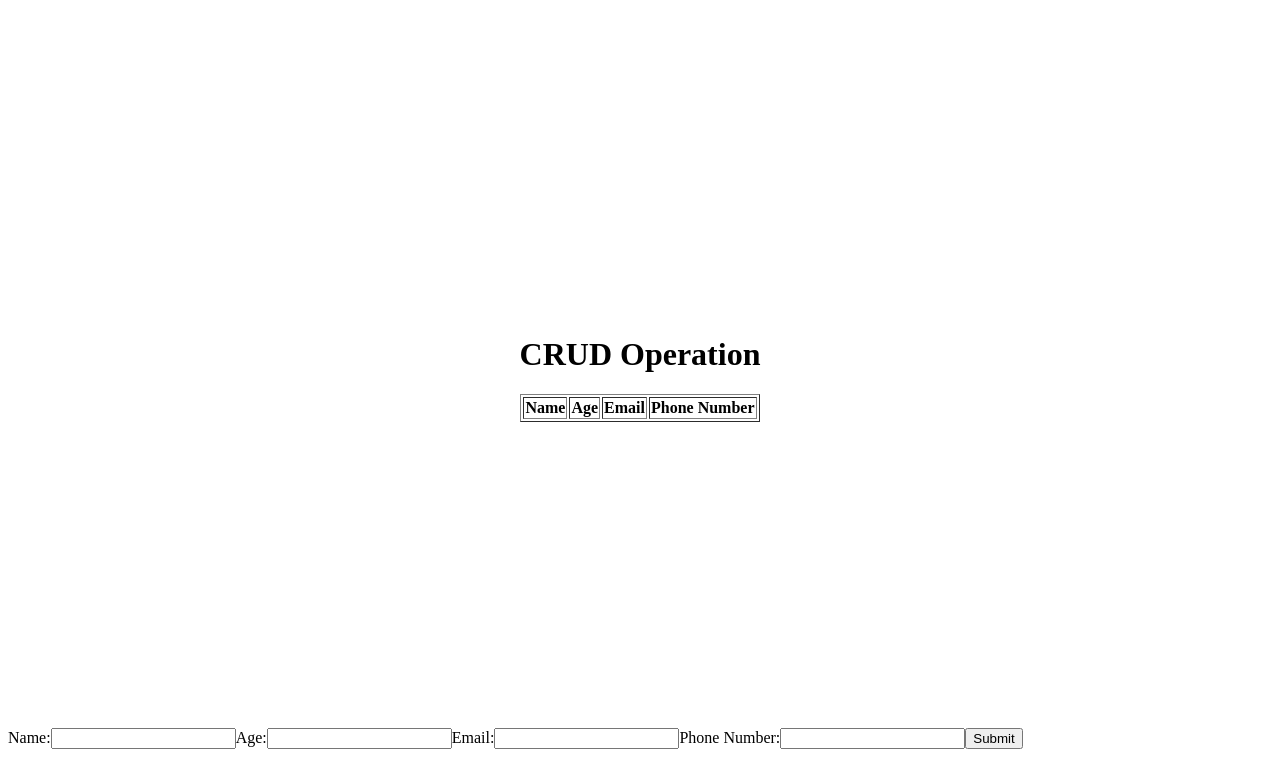
Repository: Josephkennedy603/CRUD-Operation
Page: /
An editor plug-in stored every save of this project. The page is shown before and after the next save, followed by the edit.
The browser window is 1280 px wide. The pictures show the whole page.
The page's requests for data from a server got no answer. The project was rebuilt for these pictures with package versions that can differ from the ones it lists, and the page was loaded fresh each time. No one was signed in, and anything a server would have sent is missing. Also part of the build but not shown: src/index.css.

Above is the page before, as saved 2024-03-06 20:52:54.

After the next save:
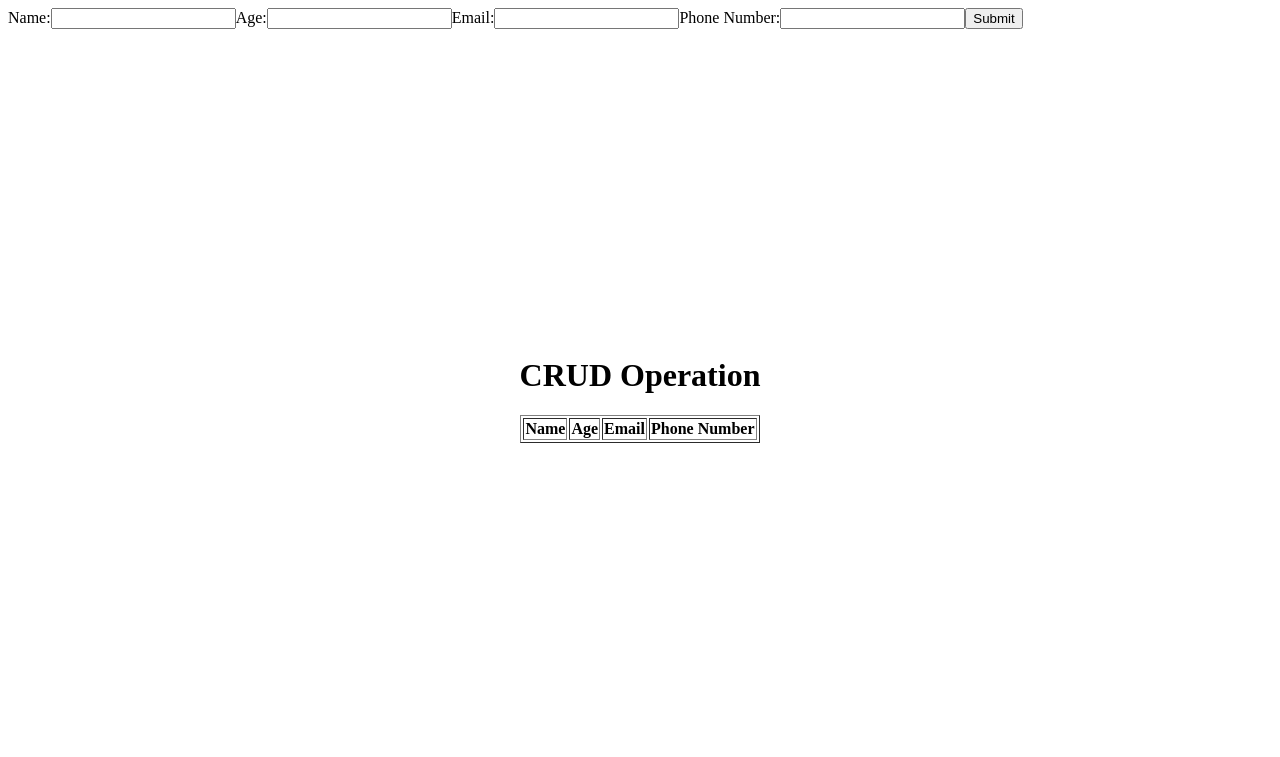
Saved 17 s later.
--- a/src/index.js
+++ b/src/index.js
@@ -7,8 +7,8 @@
 const root = ReactDOM.createRoot(document.getElementById("root"));
 root.render(
   <React.StrictMode>
+    <Create />
     <App />
-    <Create />
   </React.StrictMode>
 );
 

After the save that followed:
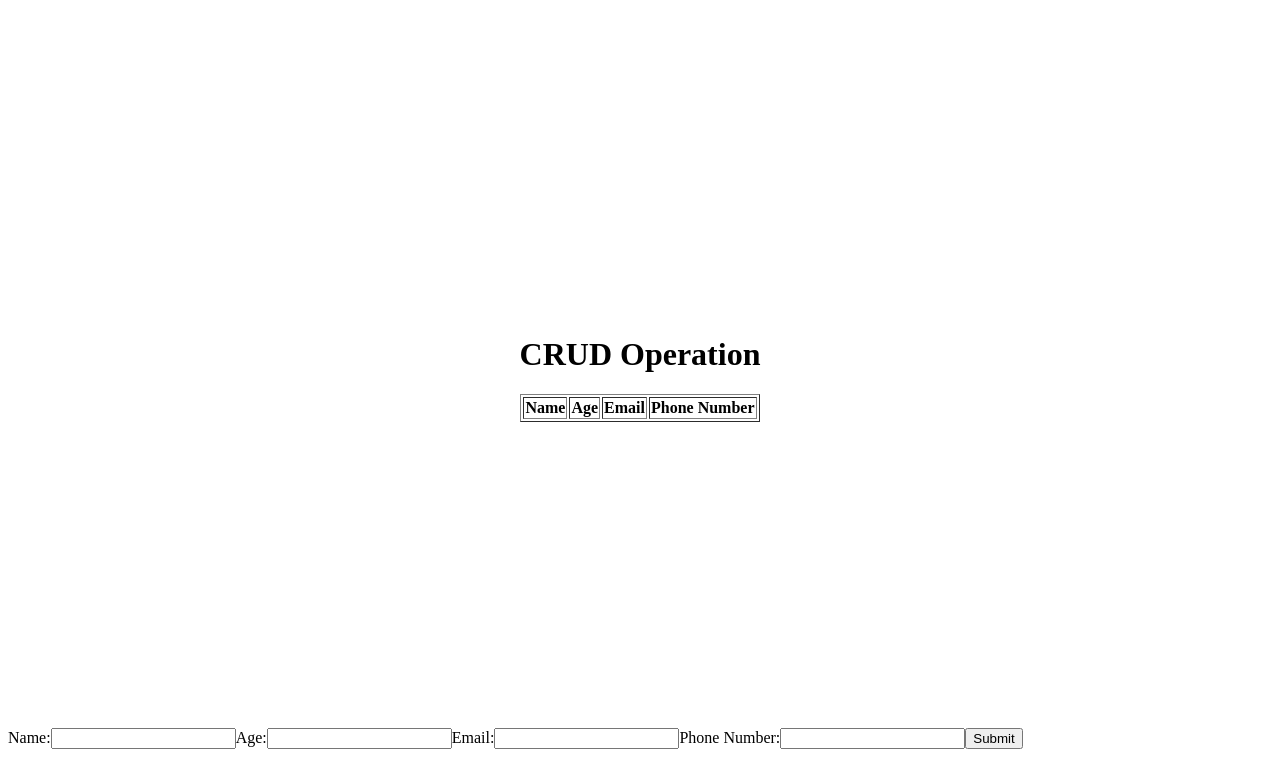
Saved 2 min 35 s later.
--- a/src/index.js
+++ b/src/index.js
@@ -7,8 +7,8 @@
 const root = ReactDOM.createRoot(document.getElementById("root"));
 root.render(
   <React.StrictMode>
+    <App />
     <Create />
-    <App />
   </React.StrictMode>
 );
 
